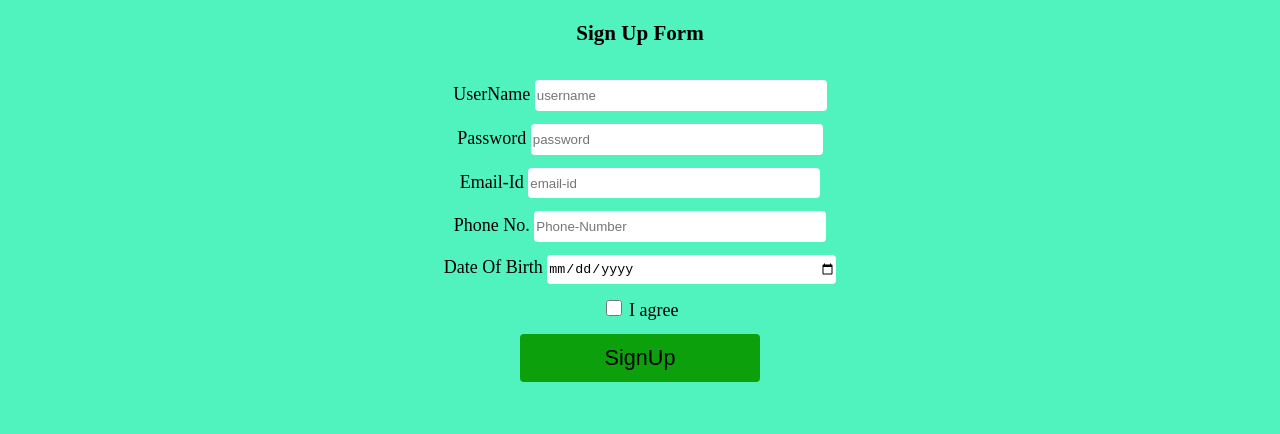
Repository: nir-github01/Html
Page: assign1-signup.html
An editor plug-in stored every save of this project. The page is shown before and after the next save, followed by the edit.
The browser window is 1280 px wide. The pictures show the whole page.

Above is the page before, as saved 2022-09-28 20:33:55.

### assign1-signup.html
<!DOCTYPE html>
<html lang="en">
<head>
    <meta charset="UTF-8">
    <meta http-equiv="X-UA-Compatible" content="IE=edge">
    <meta name="viewport" content="width=device-width, initial-scale=1.0">
    <title>sign-up form</title>
    <style>
        body{
            background-color: rgb(80, 243, 189);
            text-align: center;
            font-size: large;
        }
        .signup-div{
            padding: 5px;
            margin: 3px;
        }
        .username{
            padding: 5px;
            margin: 3px;
        }
        .password{
            padding: 5px;
            margin: 3px;
        }
        .email-input{
            padding: 5px;
            margin: 3px;
        }
        .phone-input{
            padding: 5px;
            margin: 3px;
        }
        .date-input{
            padding: 5px;
            margin: 3px;
        }
        .check-input{
            padding: 5px;
            margin: 3px;
        }
        .button-input{
            padding: 5px;
            margin: 3px;

        }
        button{
            font-size: larger;
            width: 15rem;
            height: 3rem;
            border: 0px;
            background-color: rgb(12, 160, 12);
            border-radius: 4px;
        }
        input{
            width: 18rem;
            height: 1.8rem;
            border: 0px;
            border-radius: 4px;
        }
        input[type="checkbox"]{
            width: 1rem;
            height: 1rem;
        }
        input:hover{
          border-color: rgb(180, 238, 238);

        }

    </style>
</head>
<body>
    <div>
        <h3>Sign Up Form </h3>
        <div class="signup-div">
            <form>
                <div class="username">
                    <label>UserName</label>
                    <input type="text" value="" placeholder="username">
                </div>
                <div class="password">
                    <label>Password</label>
                    <input type="number" value="" placeholder="password">
                </div>
                <div class="email-input">
                    <label>Email-Id</label>
                    <input type="email" value="" placeholder="email-id">
                </div>
                <div class="phone-input">
                    <label>Phone No.</label>
                    <input type="number" value="" placeholder="Phone-Number">
                </div>
                <div class="date-input">
                    <label>Date Of Birth</label>
                    <input type="date" value="" placeholder="Date of Birth">
                </div>
                <div class="check-input">

                    <input type="checkbox" value="" name="agree">
                    <label>I agree </label>
                </div>
                <div class="button-input">
                    <button>SignUp</button>
                </div>
            </form>
        </div>
    </div>
</body>
</html>

After the next save:
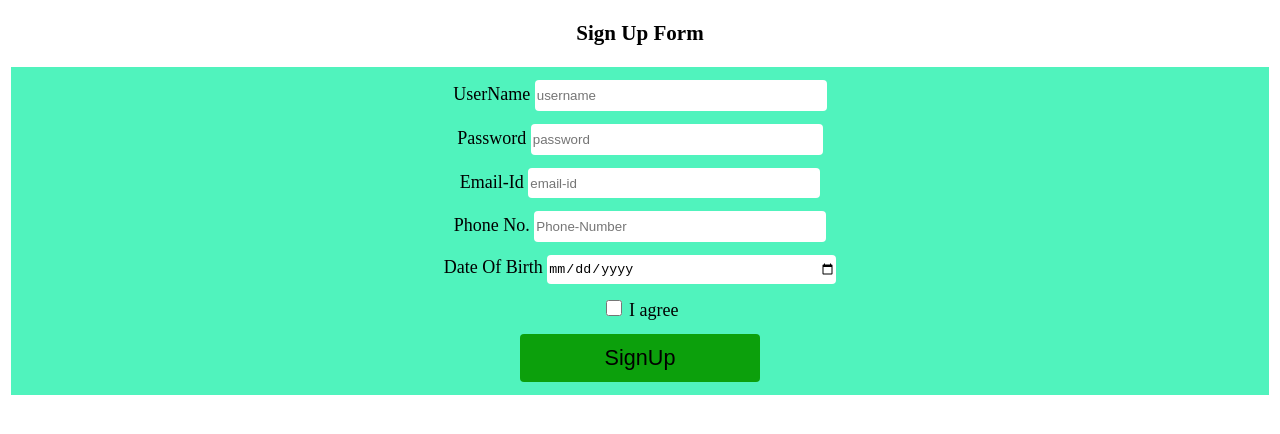
Saved 2 min 19 s later.
--- a/assign1-signup.html
+++ b/assign1-signup.html
@@ -7,11 +7,12 @@
     <title>sign-up form</title>
     <style>
         body{
-            background-color: rgb(80, 243, 189);
+
             text-align: center;
             font-size: large;
         }
         .signup-div{
+            background-color: rgb(80, 243, 189);
             padding: 5px;
             margin: 3px;
         }
